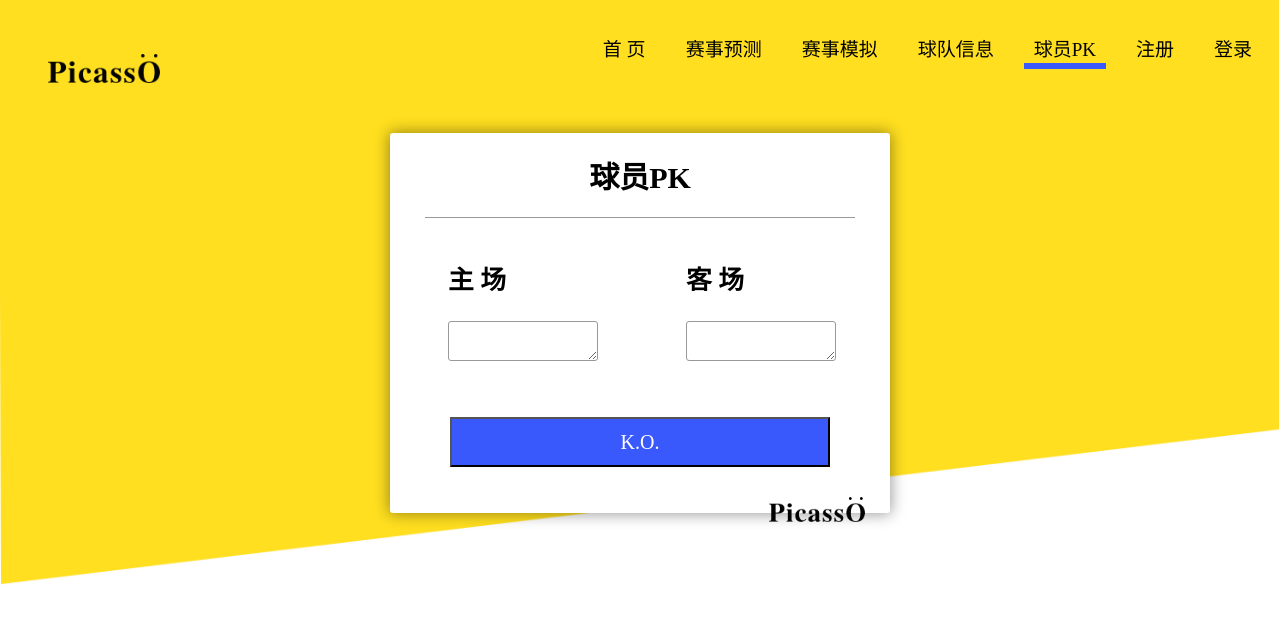
Repository: cciixx/nba-prediction-sys
Page: public/PK_index.html
The author's editor kept a copy of each file at every save. The page is drawn from the files as they stood at one save, then again after the next save.
The browser window is 1280 px wide. The pictures show the whole page.

Above is the page before, as saved 2020-04-03 21:20:01.

### public/PK_index.html
<!doctype html>
<html>
<head>
<meta charset="utf-8">
<title>NBA预测系统-球员PK</title>
    <link  href="css/navl.css" rel="stylesheet" type="text/css">
    <link  href="css/search.css" rel="stylesheet" type="text/css">
	<style>
		body{background-image: url(images/half_yellow.png);}
	</style>
</head>

<body>
    <div class="header">
        <ul class='navl'style="background-color: blueviolet;">
            <li><a href="login.html">登录</a></li>
            <li><a href="register.html">注册</a></li>
            <li style="border-bottom: 6px solid #3a59fd;"><a href="PK_index.html">球员PK</a></li>
            <li><a href="team.html">球队信息</a></li>
            <li><a href="live_index.html">赛事模拟</a></li>
            <li><a href="predict.html">赛事预测</a></li>
            <li><a href="first.html">首 页</a></li>
            <img src="images/logo.png">
        </ul>
    </div>

    <div class="wrapper">
        <div class="bg">
            <h2 style="font-size: 30px;">球员PK</h2>
            <div style="overflow: hidden;">
                <div class='box'><h3>主 场</h3><textarea></textarea></div>
                <div class='box'><h3>客 场</h3><textarea></textarea></div>
            </div>
            <div style="text-align: center;margin-top: 25px;"><a href="player_PK.html"><input class="btn" type="submit" name="submit" value="K.O."></a></div>
            <img src="images/logo.png">
        </div>
    </div>

</body>
</html>

### public/css/navl.css
/* CSS Document */
body{
	background-repeat: no-repeat;
	background-position: top;
	background-size: 100%, 100%;
	background-attachment: fixed;
}
.header{
    overflow: hidden;
}
.btn{
	background: #3a59fd;
	font-family: '方正小标宋简体';
	color: white;
}
.navl ul{
	margin: 30px;
	width: 600px;
	height: 300px;
	color: #030303;
	position: absolute;
	top: 10px;
}
.navl li{
		height: 29px;
		width: fit-content;
		margin: 10px;
		list-style: none;
		float: right;
}
.navl img{
	float: left;
	height: 29px;
}
.navl a{
	margin: 0px 10px;
	color:#030303;
	text-align: left;
	text-decoration: none;
	font-size: 19px;
}
.wrapper{
    width: 100%;
}

### public/css/search.css
/* CSS Document */
.bg{
	width: 500px;
	height: 380px;
	margin: 50px auto;
	font-size: 26px;
	background: white;
	border: 0 none;
    border-radius: 3px;
    box-shadow: 0 0 15px 1px rgba(0, 0, 0, 0.4);
    box-sizing: border-box;
}
.box{
    font-size: 22px;
    width: 40%;
    float: left;
    margin-left: 38px;
}
h2{
    font-size: 30px;
    text-align: center;
    border-bottom: 1px solid #999999;
    padding: 20px;
    margin: 35px;
    margin-bottom: 15px;
}
h3{
    margin-left: 20px;
}
textarea {
    font-size: 20px;
	height:40px;
	width:150px;
	margin-left:20px;
    border: 1px solid #999999;
    border-radius: 3px;
    box-sizing: border-box;
    color: #2C3E50;
}
input{
    font-size: 20px;
    width: 380px;
    height: 50px;
    text-align: center;
    margin-top: 25px;
}

img{
    height: 25px;
    float: right;
    margin-top: 30px;
    margin-right: 25px;
}

After the next save:
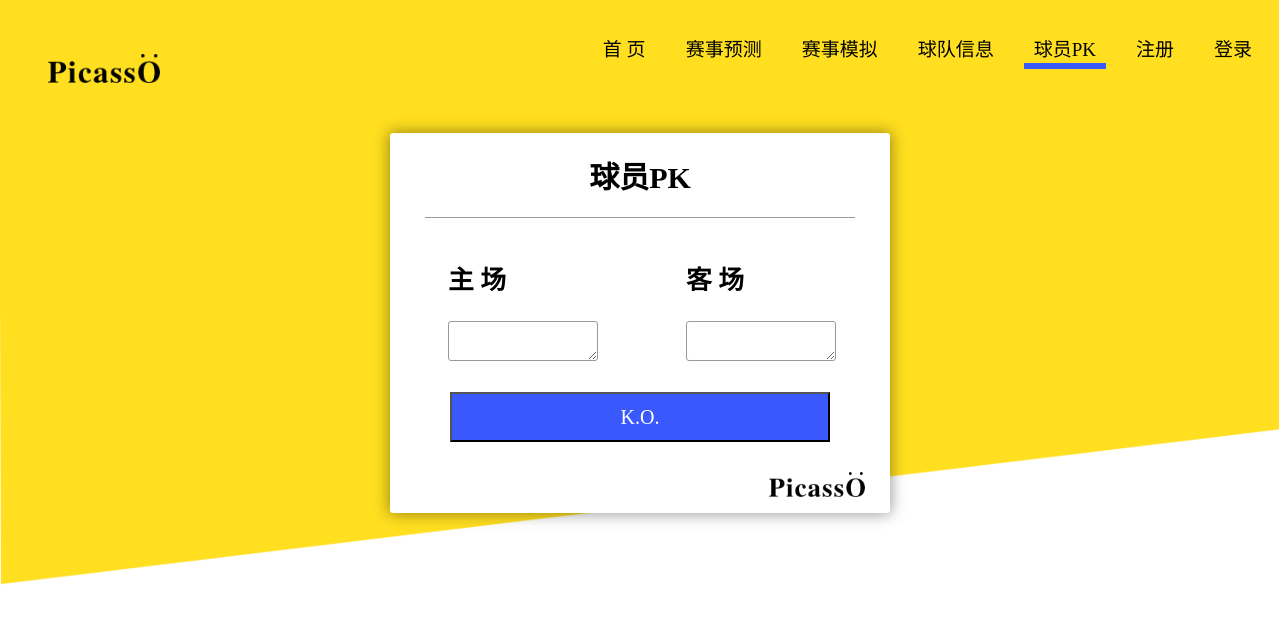
Saved 46 s later.
--- a/public/PK_index.html
+++ b/public/PK_index.html
@@ -31,7 +31,7 @@
                 <div class='box'><h3>主 场</h3><textarea></textarea></div>
                 <div class='box'><h3>客 场</h3><textarea></textarea></div>
             </div>
-            <div style="text-align: center;margin-top: 25px;"><a href="player_PK.html"><input class="btn" type="submit" name="submit" value="K.O."></a></div>
+            <div style="text-align: center;"><a href="player_PK.html"><input class="btn" type="submit" name="submit" value="K.O."></a></div>
             <img src="images/logo.png">
         </div>
     </div>
